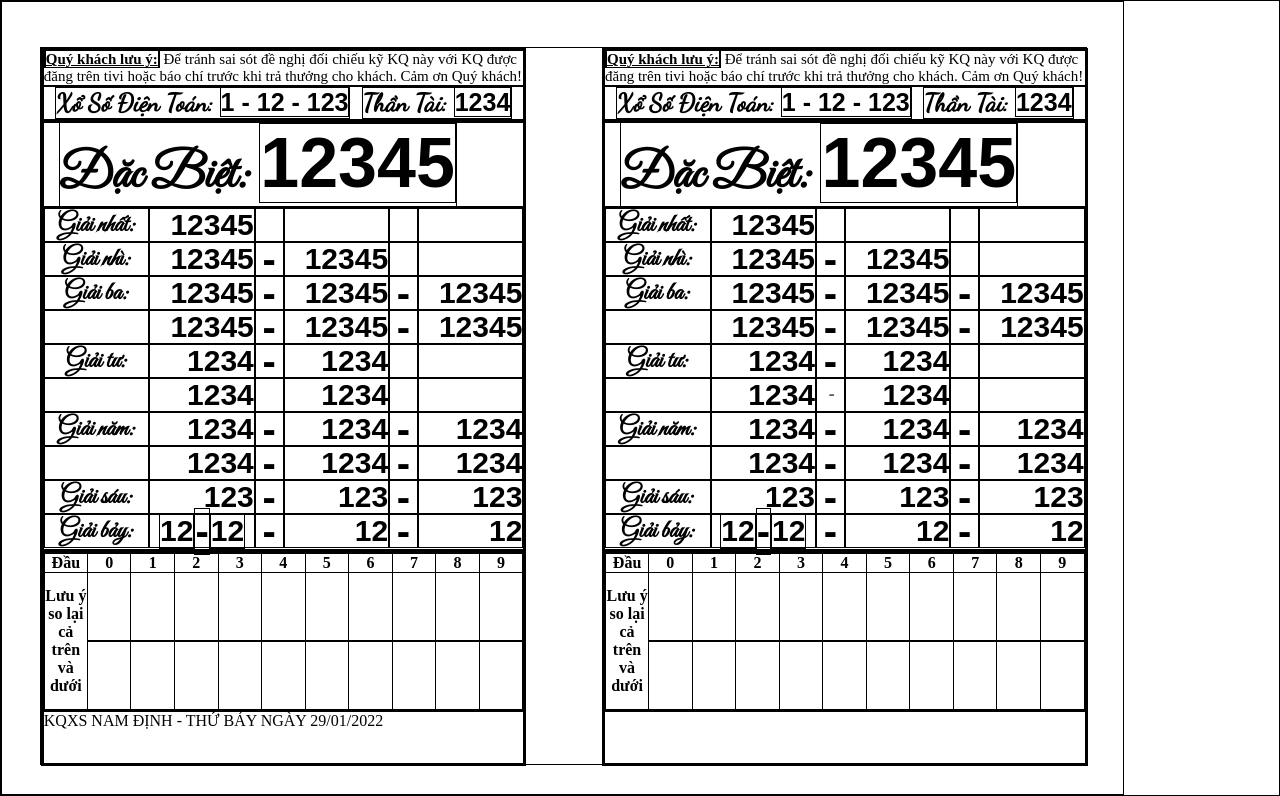
Repository: AnhDuc0125/xskt123
Page: index.html
These files come from the project's save history. The page is drawn as it stood at one moment and after the next save; the edit follows.
The browser window is 1280 px wide. The pictures show the whole page.
The page's requests for data from a server got no answer. Some web fonts or font styles are not loaded; a fallback is used.

Above is the page before, as saved 2022-01-29 18:15:09.
Console error: TypeError: Cannot set properties of null (setting 'innerHTML')

After the next save:
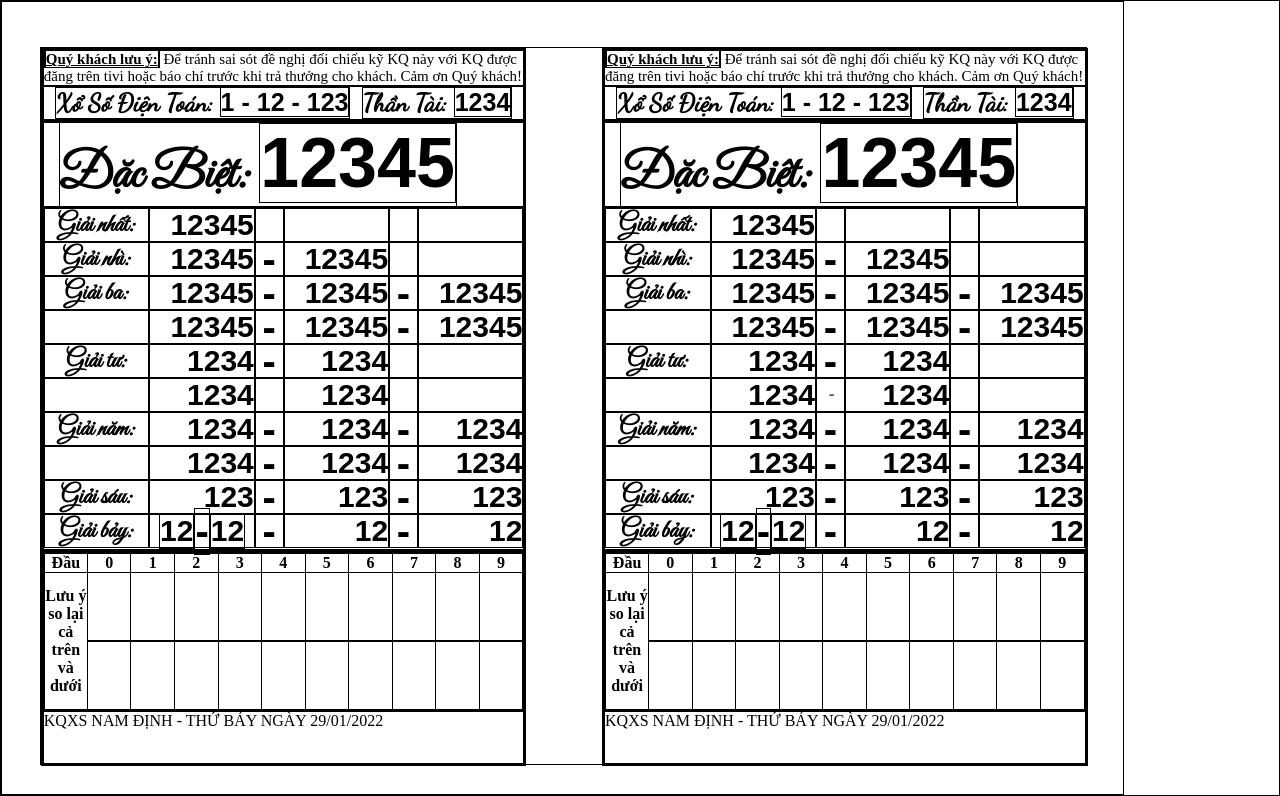
The error is gone.
Saved 16 s later.
--- a/app.js
+++ b/app.js
@@ -34,8 +34,8 @@ var col_6_copy = document.querySelector("#data__6--2");
 var col_7_copy = document.querySelector("#data__7--2");
 var col_8_copy = document.querySelector("#data__8--2");
 var col_9_copy = document.querySelector("#data__9--2");
-var dateTag = document.querySelector(".footer--2");
-var dateTagCopy = document.querySelector(".bottom-footer-copy");
+var dateTag = document.querySelector("#data__footer--1");
+var dateTagCopy = document.querySelector("#data__footer--2");
 var date = new Date();
 var dayInWeek = date.getDay();
 var day = ("0" + date.getDate()).slice(-2);
